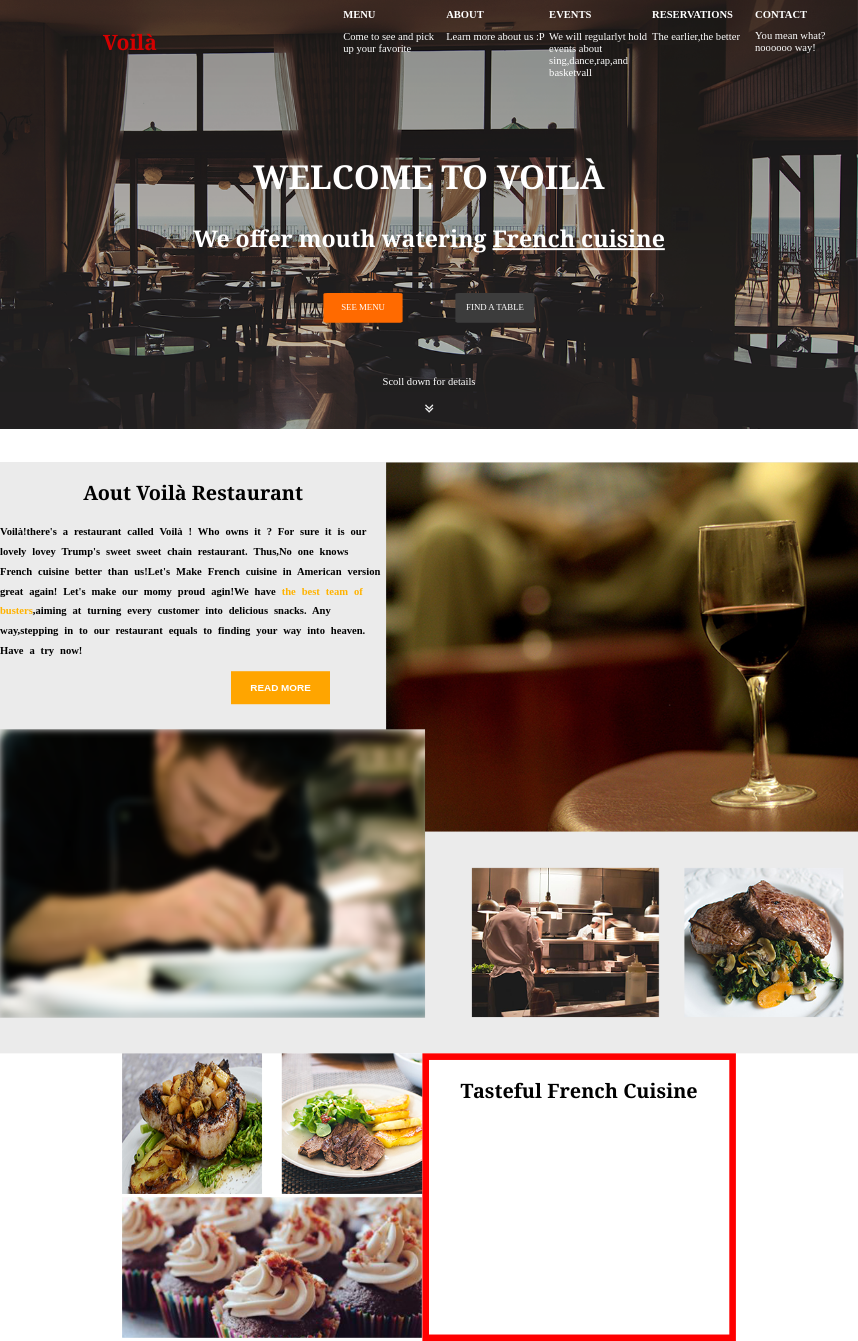
Repository: sis-shen/HTML_vsc
Page: adc_v2/index.html
An editor plug-in stored every save of this project. The page is shown before and after the next save, followed by the edit.
The browser window is 1280 px wide. The page is 1300 px wide, so the pictures cover 1300 px, including what lies to the right of the window. The pictures show the whole page, at 66% of full size.

Above is the page before, as saved 2023-08-17 09:33:39.

### adc_v2/index.html
<!DOCTYPE html>
<html lang="zh-CN">
<head>
    <meta charset="UTF-8">
    <meta name="viewport" content="width=device-width, initial-scale=1.0">
    <title>王八餐厅</title>
    <link rel="stylesheet" href="style.css">
    <link rel="shotcut icon" href="img/王者.png">
</head>
<body>
    <div class="top-box">
        <div class="nav">
            <div class="t-left"><h1>Voilà </h1></div>

            <div class="t-right">
                <div class="nav-box"><a href="menu.html" target="_blank"><h2>MENU</h2></a>
                    <p>Come to see and pick up your favorite</p></div>
                <div class="nav-box"> <a href="about.html" target="_blank"><h2>ABOUT</h2></a>
                    <p>Learn more about us :P</p></div>
                <div class="nav-box"><a href="events.html" target="_blank"><h2>EVENTS</h2></a>
                    <p>We will regularlyt hold events about sing,dance,rap,and basketvall</p></div>
                <div class="nav-box"> <a href="restaurants.html" target="_blank"><h2>RESERVATIONS</h2></a>
                    <p>The earlier,the better</p></div>
                <div class="nav-box"><a href="contact.html" target="_blank"><h2>CONTACT</h2></a>
                    You mean what?noooooo way!</div>
            </div>
        </div>

        <h1 id="wel">WELCOME TO VOILÀ</h1>
        <h3>We offer mouth watering <u>French cuisine</u></h3>

        <div class="button-box">
            <div class="b-left">
                <a href="menu.html" target="_blank"><button>SEE MENU</button></a>
            </div>
            <div class="b-right">
                <a href="table.index" target="_blank"><button>FIND A TABLE</button></a>
            </div>
        </div>

        <h4>Scoll down for details</h4>

        <div class="down-arrow">
            <img src="img/down-arrow-icon.png" alt="">

        </div>
    </div>

    <!-- =============================================== -->

    <div class="top2-box">
        <div class="up-box">
            <div class="up-left">
                <h2 class="h2-title">Aout Voilà Restaurant</h2>
                <p class="main-p">Voilà!there's a restaurant called Voilà ! Who owns it ? For sure it is our lovely lovey Trump's sweet sweet chain restaurant. Thus,No one knows French cuisine better than us!Let's Make French cuisine in American version great again! Let's make our momy proud agin!We have <a href="https://g.nga.cn/read.php?tid=22017775&rand=757" target="_blank"> the best team of busters</a>,aiming at turning every customer into delicious snacks. Any way,stepping in to our restaurant equals to finding your way into heaven. Have a try now!</p>

                <a href="about.index" target="_blank"><button>READ MORE</button></a>

            </div>

            <div class="up-right">
                <img src="img/glass of wine.png" alt="">
            </div>
        </div>
        <div class="down-box">
            <div class="down-left"><img src="img/Eric-McGregor-flickr.png" alt="eric"></div>
            <div class="down-right">
                <div class="left"><img src="img/Restaurant kitchen.png" alt=""></div>
                <div class="right"><img src="img/foodiesfeed.com_excelent-beef-steak-vegetables.png" alt=""> </div>
            </div>

        </div>
    </div>

    <!-- =========================================== -->

    <div class="cuisine-box">
        <div class="left-dish-box">
            <div class="uper">
                <div class="left"><img src="img/Steak and vegetables - Foodies Feed.png" alt="" ></div>
                <div class="right"> <img src="img/Beef-steak-pineapple-salad Foodies Feed.png" alt="" id="cup-cake" ></div>
            <div class="clear-fix"></div>


            </div>


            <div class="downer">
                <img src="img/Cup cakes.png" alt="">
            </div>
        </div>

        <div class="right-p">
            <h2 class="h2-title">Tasteful French Cuisine</h2>

            <p class="main-p"></p>


        </div>


    </div>



</body>
</html>

### adc_v2/style.css

body {
    box-sizing: border-box;
    font-family:Georgia, 'Times New Roman', Times, serif;

    width: 1300px;

    margin: 0 auto;

}

.clear-fix{
    clear: both;
}

/* .up-left h2 */
.h2-title{

    text-align: center;
    font-size: 30px;
}
.main-p{
    line-height: 30px;
    word-spacing: 5px;
    font-family: 微软雅黑;
    font-weight: bold;
}

/* =======top-box===== */

.top-box{
    margin:auto;

    width: 1300px;
    height: 650px;
    background-image: url("img/top.png");
    background-repeat: no-repeat;

    /* border: red solid 10px; */

}

.nav {
    width: 100%;
    height: 200px;
    /* background-color: rgba(0, 255, 255, 0.207); */
    display: flex;
}

.t-left{
    height:100%;
    width: 40%;
    /* background-color: rgba(255, 0, 0, 0.236); */
}

.t-right{
    display: flex;
    height: 100%;
    width:60%;
    font-family: 微软雅黑;
}

.nav-box{
    width: 20%;
    height: 100%;
    /* background-color: rgba(255, 255, 0, 0.149); */
    color: #fff;
}

.nav-box a{
    text-decoration: none;
    color: #fff;
}

.top-box h2{
    font-size:medium
}

.t-left h1{
    color:rgb(212, 0, 0);
    position: relative;
    left:30%;
    top:20px;
}

#wel{
    text-align: center;
    color: #fff;

    font-size: 50px;
}

.top-box h3{
    text-align: center;
    color: #fff;
    font-size: 35px;
}

.button-box{
    display: flex;
    align-items: center;
    justify-content: center;
    margin-top: 60px;
}

.button-box button{
    width: 120px;
    height: 45px;
    margin-inline: 40px;
    font-family: 微软雅黑;
    color: #fff;
}

.b-left button{
    background-color: rgb(255, 106, 0);
    border: 0;
    border-radius: 5%;
}

.b-left button:hover{
    background-color: rgb(205, 85, 0);

}

.b-right button{
    background-color: rgb(60, 60, 60);
    border: 0;
    border-radius: 5%;

}

.b-right button:hover{
    background-color: rgb(35, 35, 35);

}

.top-box h4{
    text-align: center;
    color: #fff;
    font-family: 微软雅黑;
    font-weight:normal;
    margin-top: 80px;
}


.down-arrow {
    text-align: center;
}



/* ===========top2-box============== */

.top2-box{
    background-color: #ebebeb;
    padding-bottom: 50px;
}

.top2-box .up-box
{

    margin-top: 50px;
    display: flex;

    /* border: red solid 10px; */
}

.top2-box .up-left{
    width: 45%;
    min-height: 200px;

    /* border: red solid 10px; */

}

.top2-box .up-right{
    width: 55%;
    min-height: 200px;
}

.up-right img{
    width: 100%;
}





.up-left p a {
    text-decoration: none;
    color: rgb(255, 179, 0);
}

.up-left p a:hover{
    color: rgb(193, 135, 0);

}

.up-left button{
    background-color:orange;
    height: 50px;
    width:150px;
    color: #fff;
    font-size: 15px;
    font-weight: bold;
    border: 0;
    margin-left: 350px;
}

.up-left button:hover{
    background-color:rgb(213, 139, 0);

}

.down-box{
    display: flex;
}



.down-right{
    margin-top: 50px;
    width: 45%;
    /* border: red solid 10px; */
    display: flex;

}

.down-right .left{
    width: 45%;
    /* margin-left:5%; */
    margin-right: 10%;
    /* border: red solid 10px; */

}

.down-right .right{
    width: 45%;
    /* border: red solid 10px; */

}

.down-left{
    width: 55%;
    max-height: 250px;
}

.down-left img{
    width: 90%;
    position: relative;
    top:-10em
}

.cuisine-box {
    width: 100%;

    display: flex;
    justify-content: center;

    .left-dish-box{
        width: 455px;

        /* border: red solid 10px; */


        .uper{
            margin: 0;
            display: flex;


            .left{
                width: 50%;
            }

            .right{
                width: 50%;
            }
        }

        .downer{

        }

    }


    #cup-cake{
        float: right;
    }

    .right-p{
        width: 455px;
        border: red solid 10px;

    }
}

After the next save:
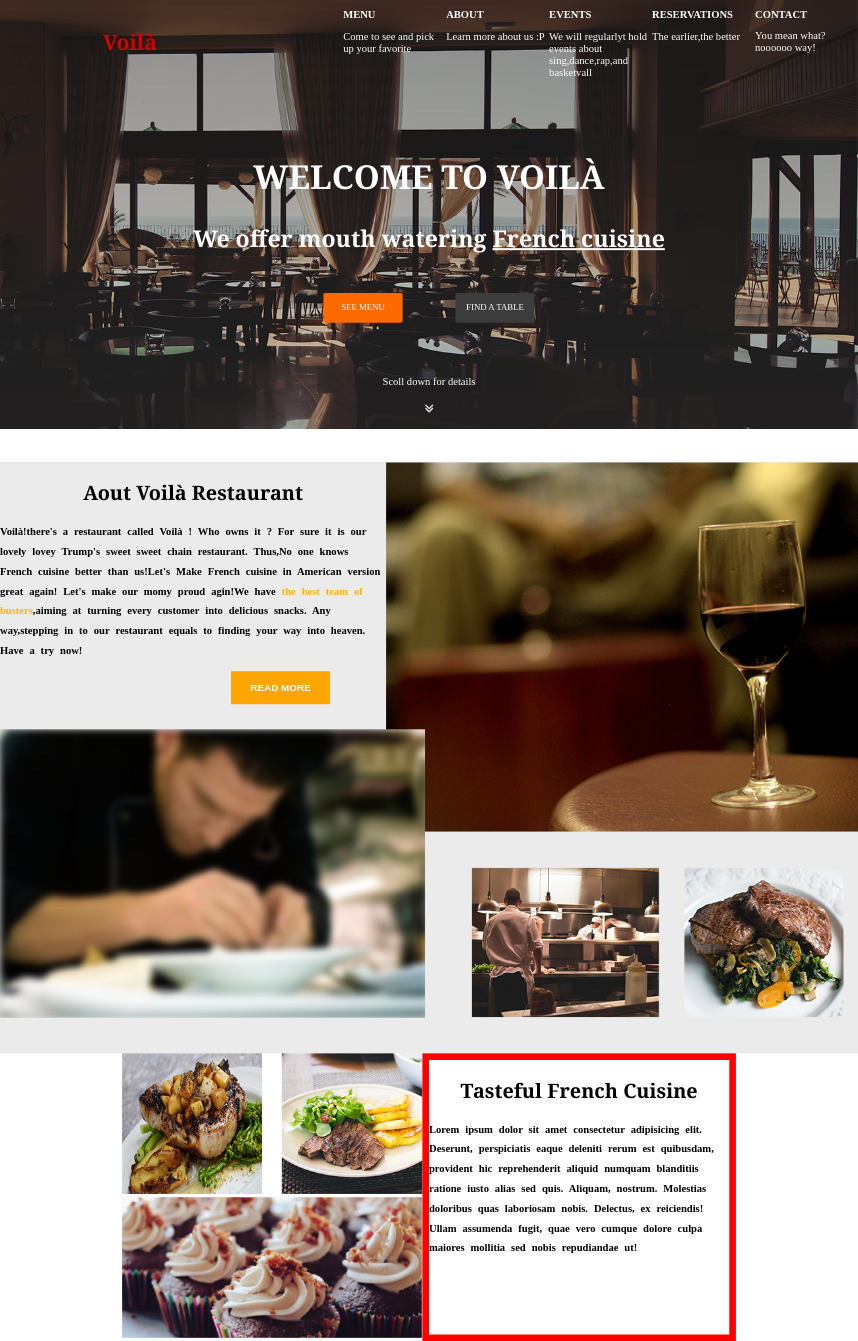
Saved 25 s later.
--- a/adc_v2/index.html
+++ b/adc_v2/index.html
@@ -93,7 +93,7 @@
         <div class="right-p">
             <h2 class="h2-title">Tasteful French Cuisine</h2>
 
-            <p class="main-p"></p>
+            <p class="main-p">Lorem ipsum dolor sit amet consectetur adipisicing elit. Deserunt, perspiciatis eaque deleniti rerum est quibusdam, provident hic reprehenderit aliquid numquam blanditiis ratione iusto alias sed quis. Aliquam, nostrum. Molestias doloribus quas laboriosam nobis. Delectus, ex reiciendis! Ullam assumenda fugit, quae vero cumque dolore culpa maiores mollitia sed nobis repudiandae ut!</p>
 
 
         </div>
